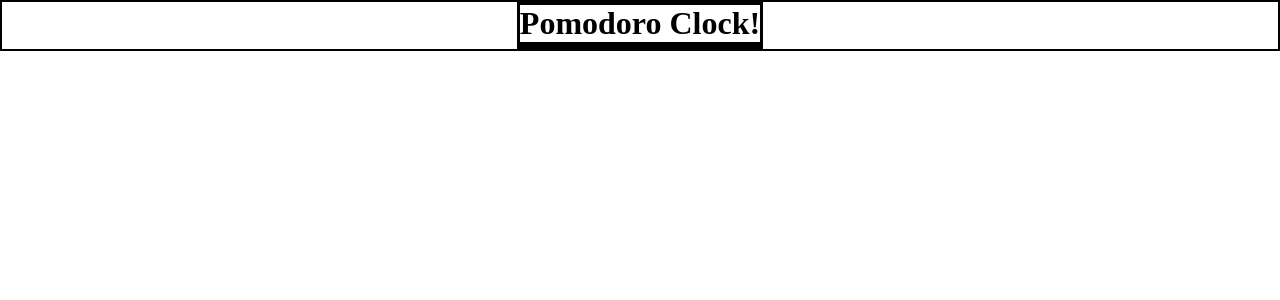
Repository: mcostigliola/pomodoroTimer
Page: index.html
An editor plug-in stored every save of this project. The page is shown before and after the next save, followed by the edit.
The browser window is 1280 px wide. The pictures show the whole page.

Above is the page before, as saved 2020-05-21 19:35:56.
Not found: main.js

### index.html
<!DOCTYPE html>
<html>
<head>
  <meta charset='utf-8'>
  <meta http-equiv='X-UA-Compatible' content='IE=edge'>
  <title>Page Title</title>
  <meta name='viewport' content='width=device-width, initial-scale=1'>
  <link rel='stylesheet' type='text/css' media='screen' href='main.css'>
  <script src='main.js'></script>
</head>
<body>



  <div id="main-container">
    <div id="title-watch">
      <h1>Pomodoro Clock!</h1>
    </div>

    <div id="session-container">

    </div>

    <div id="timer-container">

    </div>

  </div>
</body>
</html>

### main.css
*{
    border: 1px solid black;
    box-sizing: border-box;
    margin:0;
    padding:0;
}

body{
    display: flex;
    flex-flow: column;
}

#main-container{
    margin: auto;
    wid
}

After the next save:
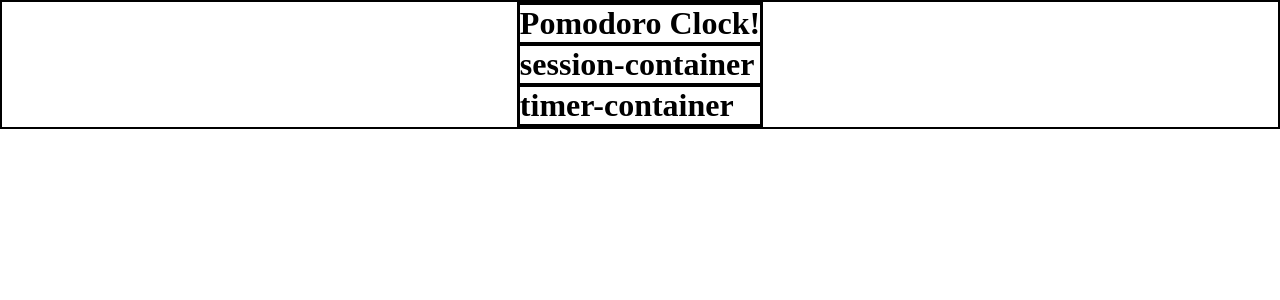
Saved 118 s later.
--- a/index.html
+++ b/index.html
@@ -9,22 +9,18 @@
   <script src='main.js'></script>
 </head>
 <body>
-
-
-
   <div id="main-container">
     <div id="title-watch">
       <h1>Pomodoro Clock!</h1>
     </div>
 
     <div id="session-container">
-
+      <h1>session-container</h1>
     </div>
 
     <div id="timer-container">
-
+       <h1>timer-container</h1>
     </div>
-
   </div>
 </body>
 </html>
